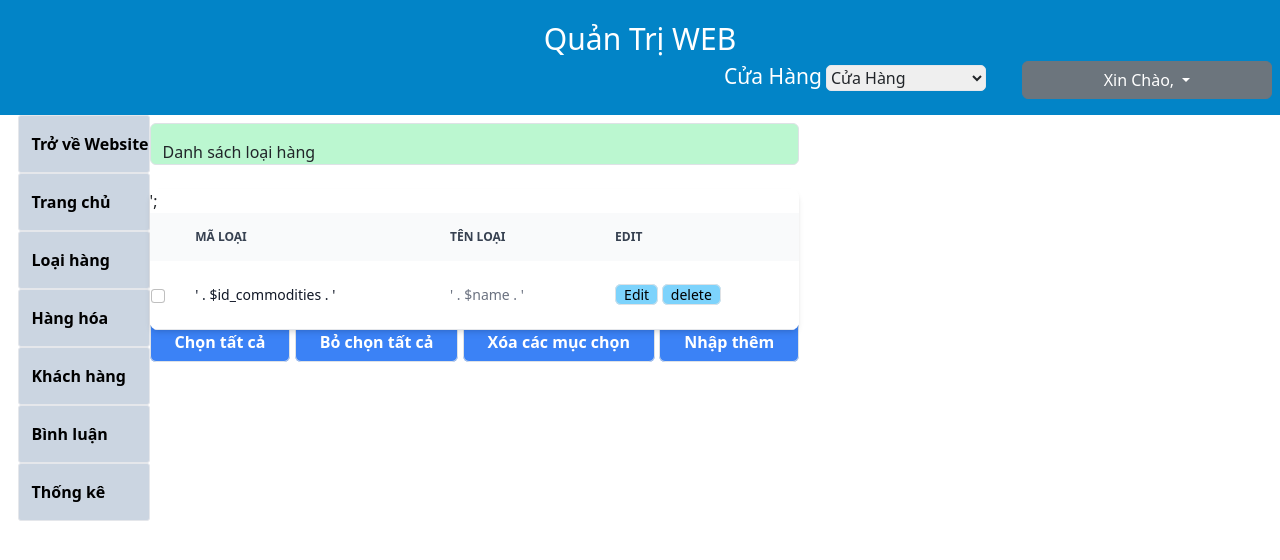
Repository: Leduc20/Website-Shopping-Clothes-Men-master
Page: http://localhost/webbanhang/admin/?list-danh-muc
The author's editor kept a copy of each file at every save. The page is drawn from the files as they stood at one save, then again after the next save.
The browser window is 1280 px wide. The pictures show the whole page.
Some web fonts or font styles are not loaded; a fallback is used. Some web libraries are served in a nearby version. The page is run by PHP 8.4 with error messages shown; the project is at /var/www/html/.

Above is the page before, as saved 2022-11-14 18:04:40.

After the next save:
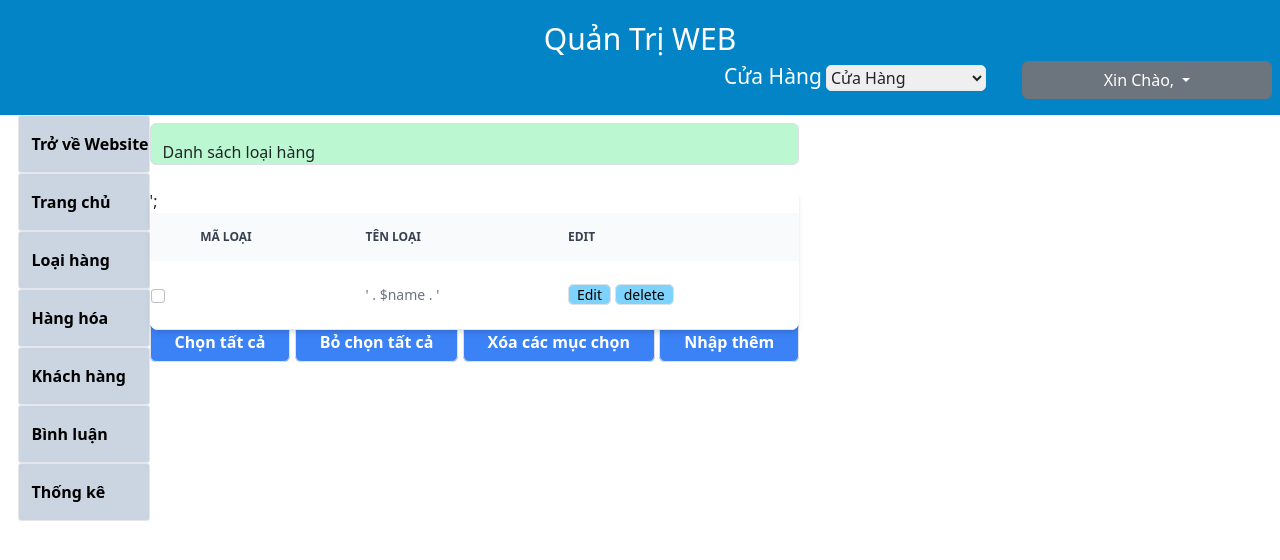
Saved 11 s later.
--- a/admin/danh-muc/danh-sach.php
+++ b/admin/danh-muc/danh-sach.php
@@ -42,7 +42,7 @@
                                                     </div>
                                                     </th>
                                                     <th scope="row" class="py-4 px-6 font-medium text-gray-900 whitespace-nowrap dark:text-white">
-                                                        ' . $id_commodities . '
+
 
                                                     </th>
                                                     <td class="py-4 px-6">
